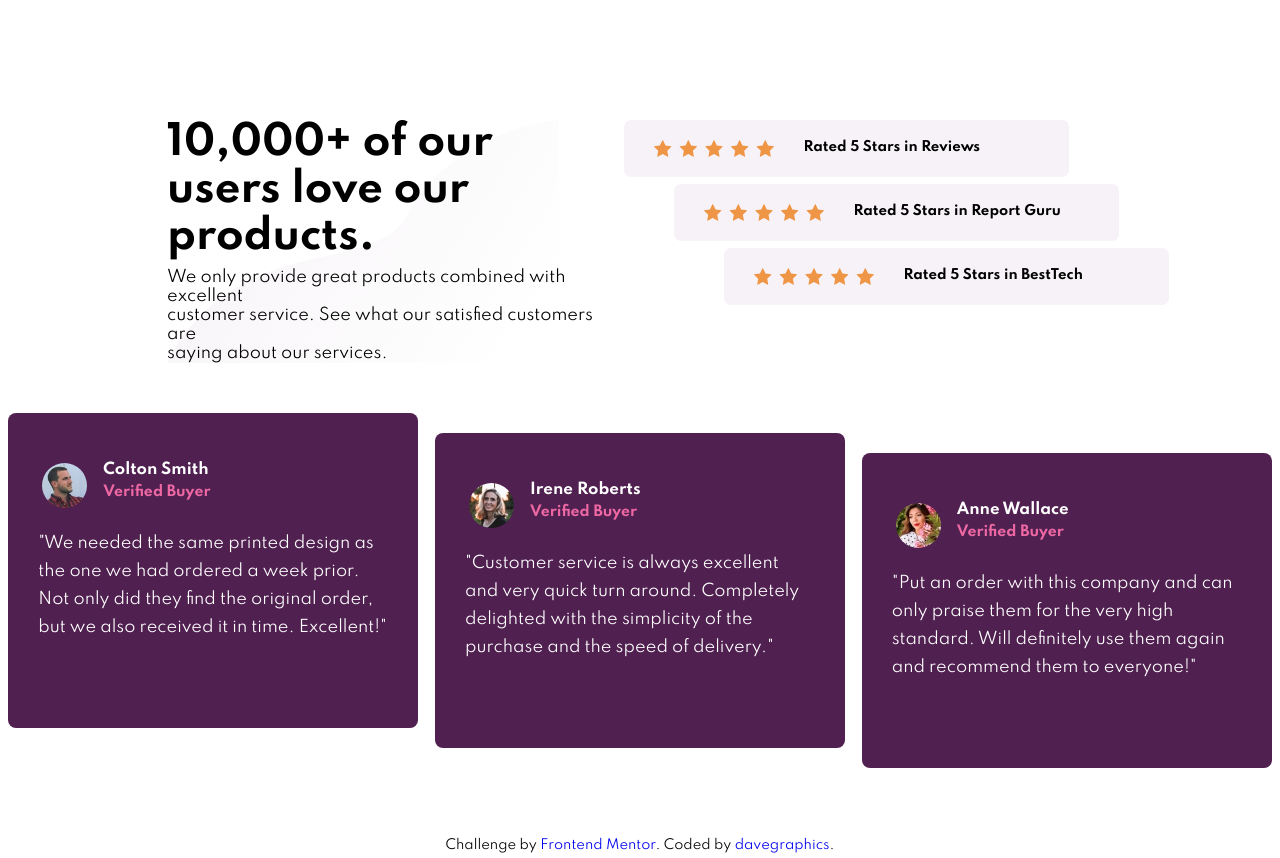
Repository: DejV44/social-proof-section-master
Page: index.html
The author's editor kept a copy of each file at every save. The page is drawn from the files as they stood at one save, then again after the next save.
The browser window is 1280 px wide. The pictures show the whole page.
The style sheet was rebuilt from its Sass, Less or Tailwind sources for each picture, by a compiler version that may differ from the author's.

Above is the page before, as saved 2021-06-26 13:24:29.

After the next save:
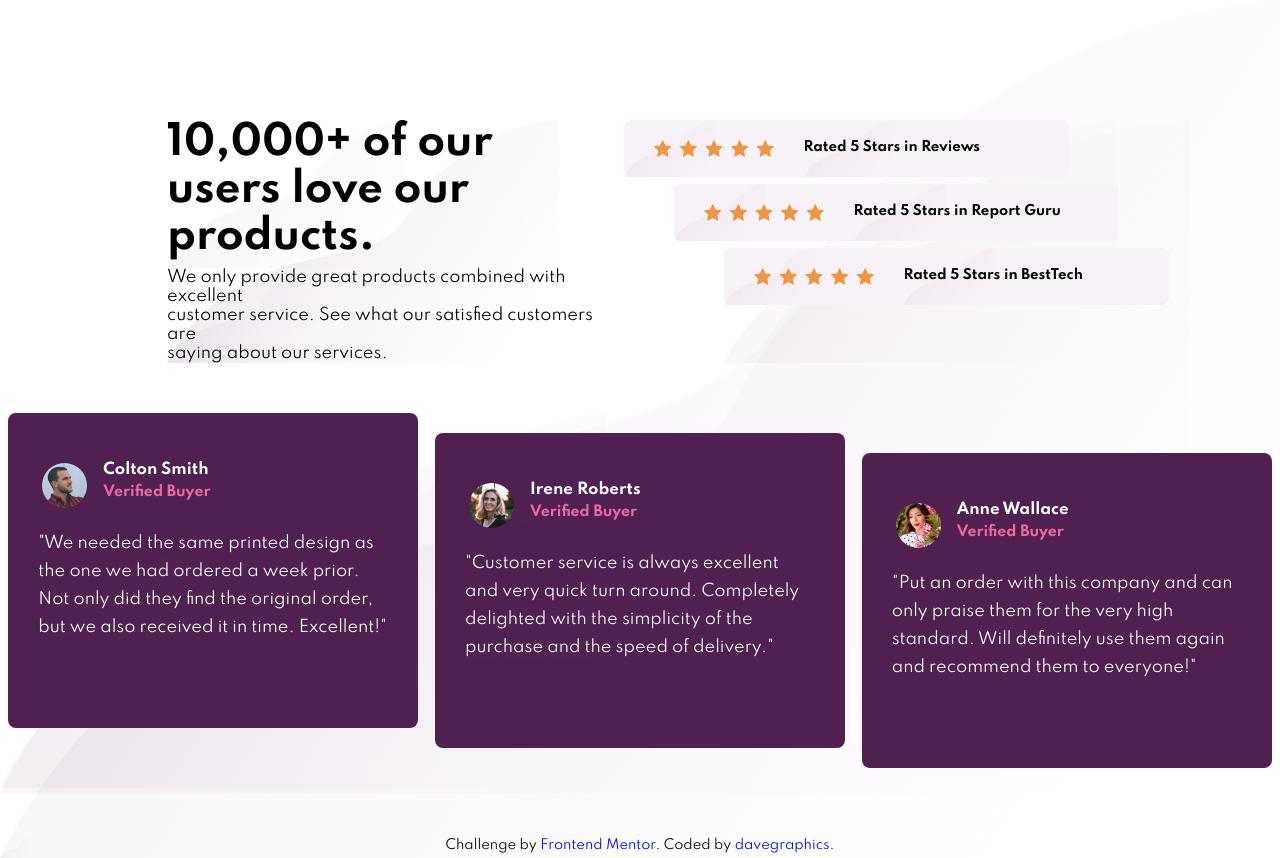
Saved 22 s later.
--- a/css/main.scss
+++ b/css/main.scss
@@ -3,6 +3,9 @@
 *{
     margin: 0;
     padding: 0;
+    background-image: url("../img/bg-pattern-bottom-desktop.svg");
+        background-repeat: no-repeat;
+        background-size: contain;
     -webkit-font-smoothing: antialiased;
     /*outline: 3px solid rgb(197, 197, 197);*/
 }
@@ -23,9 +26,7 @@
     font-family: 'Spartan', sans-serif;
 
     .main {
-        background-image: url("../img/bg-pattern-bottom-desktop.svg");
-        background-repeat: no-repeat;
-        background-size: contain;
+
         margin: 120px auto 0 167px;
         max-width: 1440px;
         max-height: 400px;

After the save that followed:
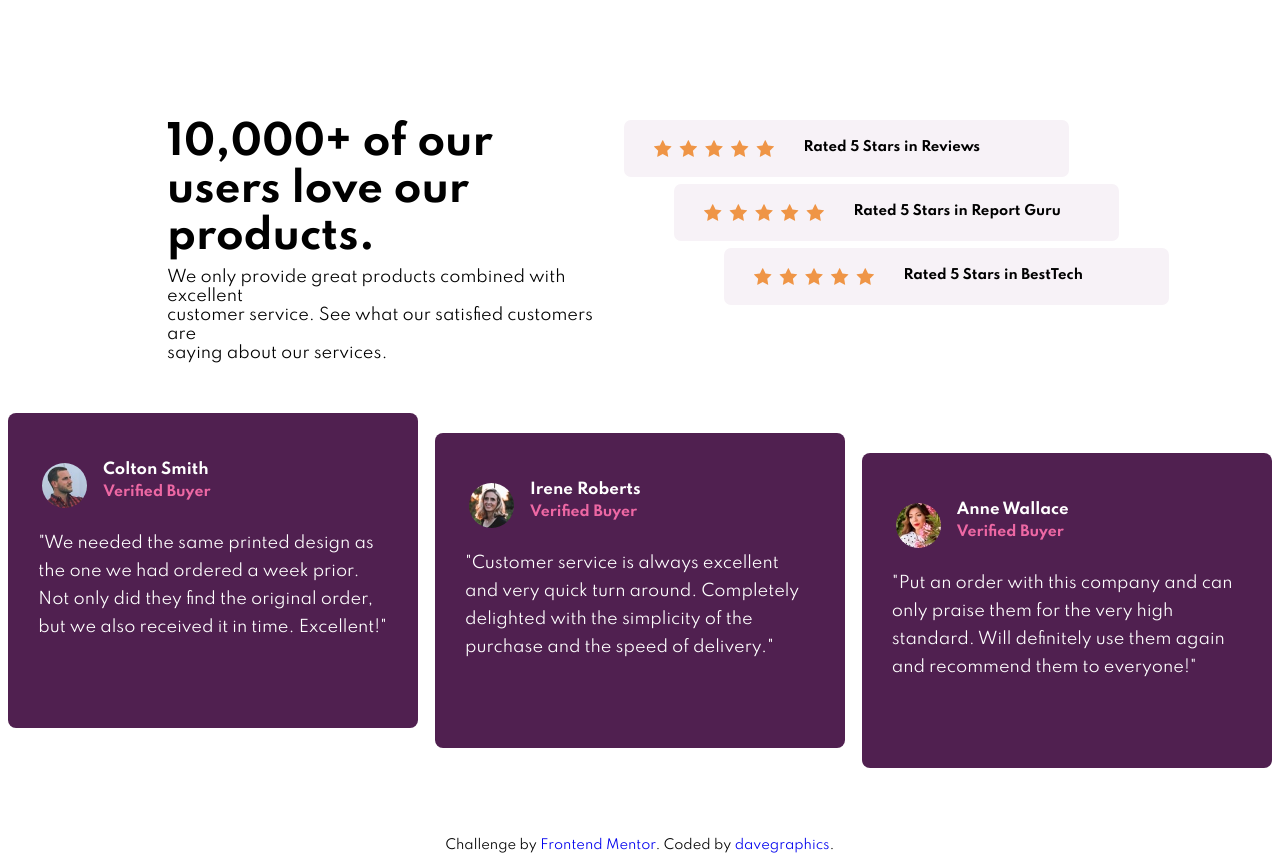
Saved 18 s later.
--- a/css/main.scss
+++ b/css/main.scss
@@ -3,9 +3,7 @@
 *{
     margin: 0;
     padding: 0;
-    background-image: url("../img/bg-pattern-bottom-desktop.svg");
-        background-repeat: no-repeat;
-        background-size: contain;
+
     -webkit-font-smoothing: antialiased;
     /*outline: 3px solid rgb(197, 197, 197);*/
 }
